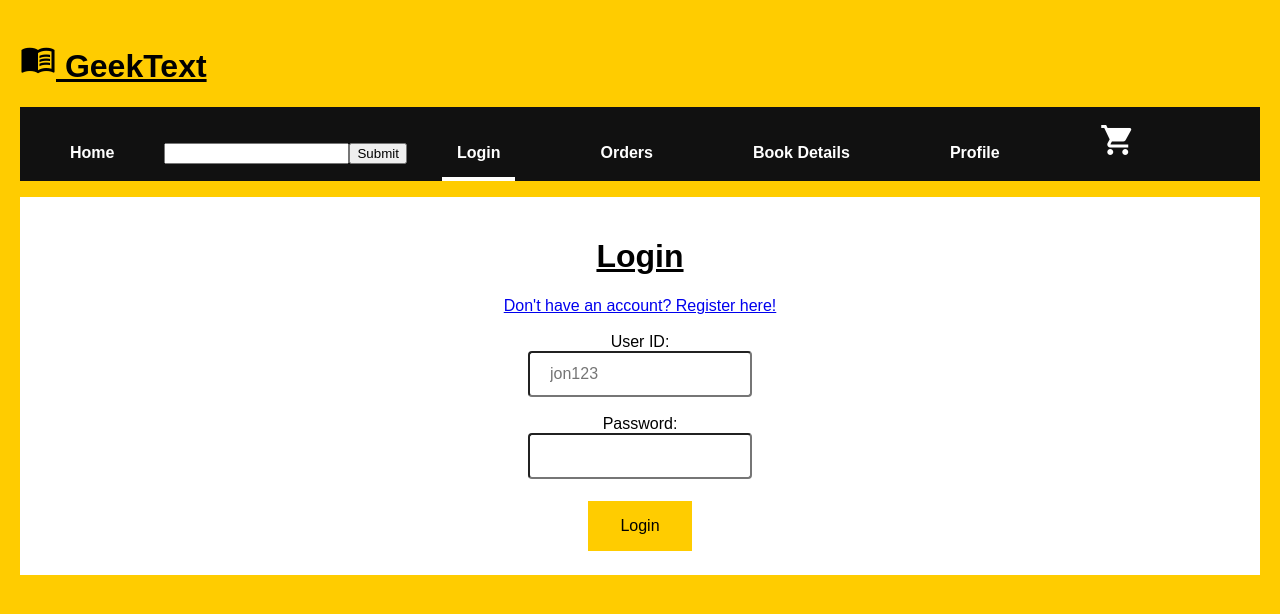
Repository: MikeAngelino/CEN4010
Page: /#/Login (app in client/)
An editor plug-in stored every save of this project. The page is shown before and after the next save, followed by the edit.
The browser window is 1280 px wide. The pictures show the whole page.
The project was rebuilt for these pictures with package versions that can differ from the ones it lists, and the page was loaded fresh each time. Also part of the build but not shown: client/src/pages/Home.js, client/src/pages/Register.js, client/src/pages/Orders.js, client/src/pages/BookDetails.js, client/src/pages/ShopCart.js, client/src/pages/Profile.js.

Above is the page before, as saved 2020-04-02 01:04:03.

### client/public/index.html
<!DOCTYPE html>
<html lang="en">
	<head>
		<meta charset="utf-8" />
		<link rel="icon" href="./favicon.ico" />
		<meta name="viewport" content="width=device-width, initial-scale=1" />
		<meta name="theme-color" content="#000000" />
		<meta
			name="description"
			content="Web site created using create-react-app"
		/>
		<link rel="apple-touch-icon" href="./logo192.png" />

		<!-- Google icons import link -->
		<link
			href="https://fonts.googleapis.com/icon?family=Material+Icons"
			rel="stylesheet"
		/>
		<!--
      manifest.json provides metadata used when your web app is installed on a
      user's mobile device or desktop. See https://developers.google.com/web/fundamentals/web-app-manifest/
    -->
		<link rel="manifest" href="./manifest.json" />
		<!--
      Notice the use of %PUBLIC_URL% in the tags above.
      It will be replaced with the URL of the `public` folder during the build.
      Only files inside the `public` folder can be referenced from the HTML.

      Unlike "/favicon.ico" or "favicon.ico", "%PUBLIC_URL%/favicon.ico" will
      work correctly both with client-side routing and a non-root public URL.
      Learn how to configure a non-root public URL by running `npm run build`.
    -->
		<title>GeekText</title>
	</head>
	<body>
		<noscript
			>You need to enable JavaScript to run this app. NO SHIT!!</noscript
		>
		<div id="root"></div>
		<!--
      This HTML file is a template.
      If you open it directly in the browser, you will see an empty page.

      You can add webfonts, meta tags, or analytics to this file.
      The build step will place the bundled scripts into the <body> tag.

      To begin the development, run `npm start` or `yarn start`.
      To create a production bundle, use `npm run build` or `yarn build`.
    -->
	</body>
</html>

### client/src/index.js
import React from 'react';
import ReactDOM from 'react-dom';
import './index.css';
import App from './App';
import * as serviceWorker from './serviceWorker';
import axios from 'axios';
import * as tokenService from './services/token';

axios.defaults.baseURL = 'http://localhost:3002'

axios.interceptors.request.use((config) => ({
    ...config,
    headers: {
        ...config.headers,
        'x-auth-token': tokenService.get()
    }
}))

ReactDOM.render(<App />, document.getElementById('root'));

// If you want your app to work offline and load faster, you can change
// unregister() to register() below. Note this comes with some pitfalls.
// Learn more about service workers: https://bit.ly/CRA-PWA
serviceWorker.unregister();

### client/src/index.css
body {
	background-color: #ffcc00;
	padding: 20px;
	margin: 0;
}
h1,
h2,
p,
ul,
li {
	font-family: sans-serif;
	color: #000000;
}
ul.header li {
	display: inline;
	list-style-type: none;
	margin: 35px;
}
ul.header {
	background-color: #111;
	padding: 0;
}
ul.header li a {
	color: #fff;
	font-weight: bold;
	text-decoration: none;
	padding: 15px;
	display: inline-block;
}

.content {
	background-color: #fff;
	padding: 20px;
}

.content h2 {
	padding: 0;
	margin: 0;
}
.content li {
	margin-bottom: 5px;
}

/* Miguel M. From here my css starts */
.active {
	/* active page indicator //background-color: rgb(55, 107, 141); */
	border-bottom: 4px solid white;
}

.flexbox-container {
	height: auto;
	display: flex;
	flex-wrap: wrap;
}

.flexbox-item {
	width: 200px;
	margin: 8px;
	border: 4px solid #333;
	background-color: #dfdfdf;
}

.flexbox-item-1 {
	max-height: 300px;
}

.flexbox-item-2 {
	max-height: 300px;
}

.flexbox-item-3 {
	max-height: 300px;
}

.flexbox-item-4 {
	max-height: 300px;
}

.flexbox-item-5 {
	max-height: 300px;
}

.flexbox-item-6 {
	max-height: 300px;
}

.book-wrapper {
	text-align: center;
}

.fit-container {
	width: 100%;
}

/* google fonts or icons req */
@font-face {
	font-family: 'Material Icons';
	font-style: normal;
	font-weight: 400;
	src: url(https://example.com/MaterialIcons-Regular.eot);
	/* For IE6-8 */
	src: local('Material Icons'), local('MaterialIcons-Regular'),
		url(https://example.com/MaterialIcons-Regular.woff2) format('woff2'),
		url(https://example.com/MaterialIcons-Regular.woff) format('woff'),
		url(https://example.com/MaterialIcons-Regular.ttf) format('truetype');
}

.material-icons {
	font-family: 'Material Icons';
	font-weight: normal;
	font-style: normal;
	font-size: 36px;
	/* Preferred icon size */
	display: inline-block;
	line-height: 1;
	text-transform: none;
	letter-spacing: normal;
	word-wrap: normal;
	white-space: nowrap;
	direction: ltr;
	/* Support for all WebKit browsers. */
	-webkit-font-smoothing: antialiased;
	/* Support for Safari and Chrome. */
	text-rendering: optimizeLegibility;
	/* Support for Firefox. */
	-moz-osx-font-smoothing: grayscale;
	/* Support for IE. */
	font-feature-settings: 'liga';
}

.material-icons.orange600 {
	color: rgb(255, 255, 255);
}

.material-icons.md-dark {
	color: rgb(255, 255, 255);
}

.material-icons.md-dark.md-inactive {
	color: rgb(244, 244, 244);
}

/*^^ Miguel M. Contribution ends here ^^*/

/**********BOOK DETAILS CSS********************/

.details {
	font-family: Lato;
}

.details-img {
	height: 400px;
}

.details-description {
}

.details-authorBio {
}

.details-Basics {
}

/*********************************************/ /**********BOOK DETAILS CSS********************/

.details {
	font-family: Lato;
}

.details-img {
	height: 300px;
}

.details-description {
}

.details-authorBio {
}

.details-Basics {
}

/*********************************************/

### client/src/App.js
import React from 'react';
import './index.css';
import Home from './pages/Home';
import Register from './pages/Register';
import Login from './pages/Login';
import Orders from './pages/Orders';
import BookDetails from './pages/BookDetails';
import ShopCart from './pages/ShopCart';
import Profile from './pages/Profile';
import { Route, HashRouter, NavLink } from 'react-router-dom';

// NPM RUN CLIENT is the updated src folder, (NPM RUN SERVER/NPM START) runs build in my case which is the old green template
//Use ctrL + C to stop the server
//Always run NPM INSTALL on a newly cloned file
//Do not push updates to master branch, push to your own branch PLZ

//updated file structure on my branch (miguel) 2/17/20
//npm install after downloading/ npm install --save react-bootstrap mighe be needed for BookDetails to work
// npm install react-router-dom --save to fix initial error
//npm npm run client to run this package

const App = () => (
	<HashRouter>
		<div>
			{/* Link TITLE with home Page*/}
			<NavLink to="/" style={{ textDecoration: 'none' }}>
				<h1>
					<i class="material-icons">menu_book</i> GeekText
				</h1>
			</NavLink>

			{/* styles this section with css*/}
			<ul className="header">
				<li>
					<NavLink exact to="/">
						Home
					</NavLink>
				</li>

				{/* search bar*/}
				<input type="text" />
				<button type="submit">Submit</button>

				{/* search bar with database integration built*/}
				{/* <input onchange={this.props.handleSearch} type="text"/>
          <button type="submit">Submit</button> */}

				<li>
					<NavLink to="/Login">Login</NavLink>
				</li>
				<li>
					<NavLink to="/Orders">Orders</NavLink>
				</li>
				<li>
					<NavLink to="/BookDetails">Book Details</NavLink>
				</li>
				<li>
					<NavLink to="/Profile">Profile</NavLink>
				</li>

				<li>
					<NavLink to="/ShopCart">
						<i class="material-icons md-dark md-24">shopping_cart</i>
					</NavLink>
				</li>
			</ul>

			{/* styles this section with css*/}
			<div className="content">
				<Route exact path="/" component={Home} />
				<Route path="/Register" component={Register} />
				<Route path="/Login" component={Login} />
				<Route path="/Orders" component={Orders} />
				<Route path="/Book/:id" component={BookDetails} />
				<Route path="/ShopCart" component={ShopCart} />
				<Route path="/Profile" component={Profile} />
			</div>
		</div>
	</HashRouter>
);

export default App;

### client/src/services/token.js
export const store = (token) => {
    localStorage.setItem('token', token);
}

export const get = () => localStorage.getItem('token');

### client/src/pages/Login.js
import React from 'react';
import { Link, Redirect } from 'react-router-dom';
import './Register.css';
import axios from 'axios';
import * as tokenService from '../services/token';

const Login = () => {
	// Set the states to empty before the user fills them out
	const [authenticated, setAuthenticated] = React.useState(false);
	const [userId, setUserId] = React.useState('');
	const [password, setPassword] = React.useState('');

	// Checks the data against the database to see if the user exists
	// If they do, log them in
	const handleSubmit = async e => {
		e.preventDefault();
		const { data: { token } } = await axios.post('/api/auth/', { userId, password });
		tokenService.store(token);
		localStorage.setItem('userId', userId);
		setAuthenticated(true);
	};

	return authenticated ? <Redirect to="/Profile" /> : (
		<div>
			<h1 id="login">Login</h1>
			<div class="registerlink">
				<Link to="/Register" id="registration">
					Don't have an account? Register here!
				</Link>
			</div>
			<br />
			<form id="login">
				<label class="label">
					User ID:
					<br />
					<input
						type="text"
						onChange={e => setUserId(e.target.value)}
						id="reg"
						name="userid"
						placeholder="jon123"
						required
					/>
				</label>
				<br />
				<br />
				<label class="label">
					Password:
					<br />
					<input
						type="password"
						onChange={e => setPassword(e.target.value)}
						id="reg"
						name="password"
						minLength="8"
						required
					/>
				</label>
				<br />
				<br />
				<input
					type="submit"
					onClick={handleSubmit}
					class="submit"
					value="Login"
				/>
			</form>
		</div>
	);
};

export default Login;

### client/src/pages/Register.css
#registration {
	font-family: Arial, Helvetica, sans-serif;
	text-align: center;
}

#login {
	font-family: Arial, Helvetica, sans-serif;
	text-align: center;
}

.registerlink {
	text-align: center;
}

.loginlink {
	text-align: center;
}

#reg {
	width: 15%;
	position: relative;
	padding: 12px 20px;
	border-radius: 4px;
	font-size: 1rem;
	font-weight: 400;
	line-height: normal;
	box-shadow: 0px 4px 20px 0px transparent;
}

.submit {
	background-color: #ffcc00;
	border: none;
	color: black;
	padding: 16px 32px;
	text-decoration: none;
	margin: 4px 2px;
	cursor: pointer;
	font-size: 1rem;
}

.submit:hover {
	background-color: #dcb000;
}

### client/src/pages/Profile.css
h1,
h3 {
	font-family: Arial, Helvetica, sans-serif;
}

h1 {
	text-decoration: underline;
}

Loaded but not shown: client/src/serviceWorker.js (common file)

After the next save:
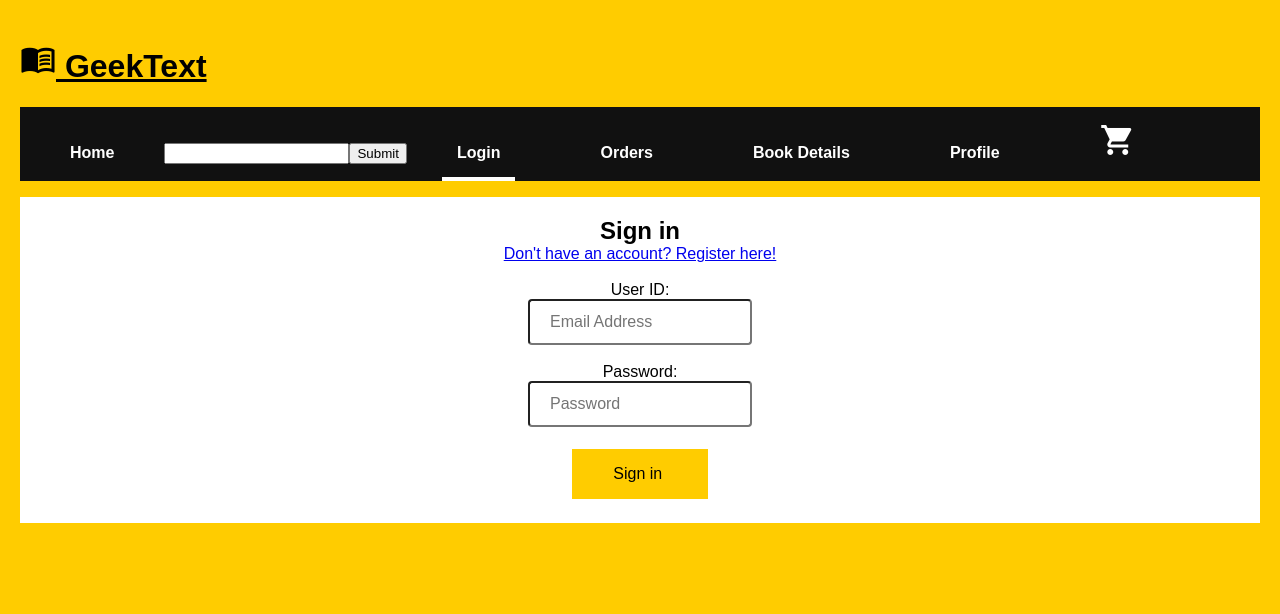
Saved 7 min 22 s later.
--- a/client/src/pages/Login.js
+++ b/client/src/pages/Login.js
@@ -22,7 +22,7 @@ const Login = () => {
 
 	return authenticated ? <Redirect to="/Profile" /> : (
 		<div>
-			<h1 id="login">Login</h1>
+			<h2 id="login">Sign in</h2>
 			<div class="registerlink">
 				<Link to="/Register" id="registration">
 					Don't have an account? Register here!
@@ -38,7 +38,7 @@ const Login = () => {
 						onChange={e => setUserId(e.target.value)}
 						id="reg"
 						name="userid"
-						placeholder="jon123"
+						placeholder="Email Address"
 						required
 					/>
 				</label>
@@ -52,6 +52,7 @@ const Login = () => {
 						onChange={e => setPassword(e.target.value)}
 						id="reg"
 						name="password"
+						placeholder="Password"
 						minLength="8"
 						required
 					/>
@@ -62,7 +63,7 @@ const Login = () => {
 					type="submit"
 					onClick={handleSubmit}
 					class="submit"
-					value="Login"
+					value="  Sign in   "
 				/>
 			</form>
 		</div>
